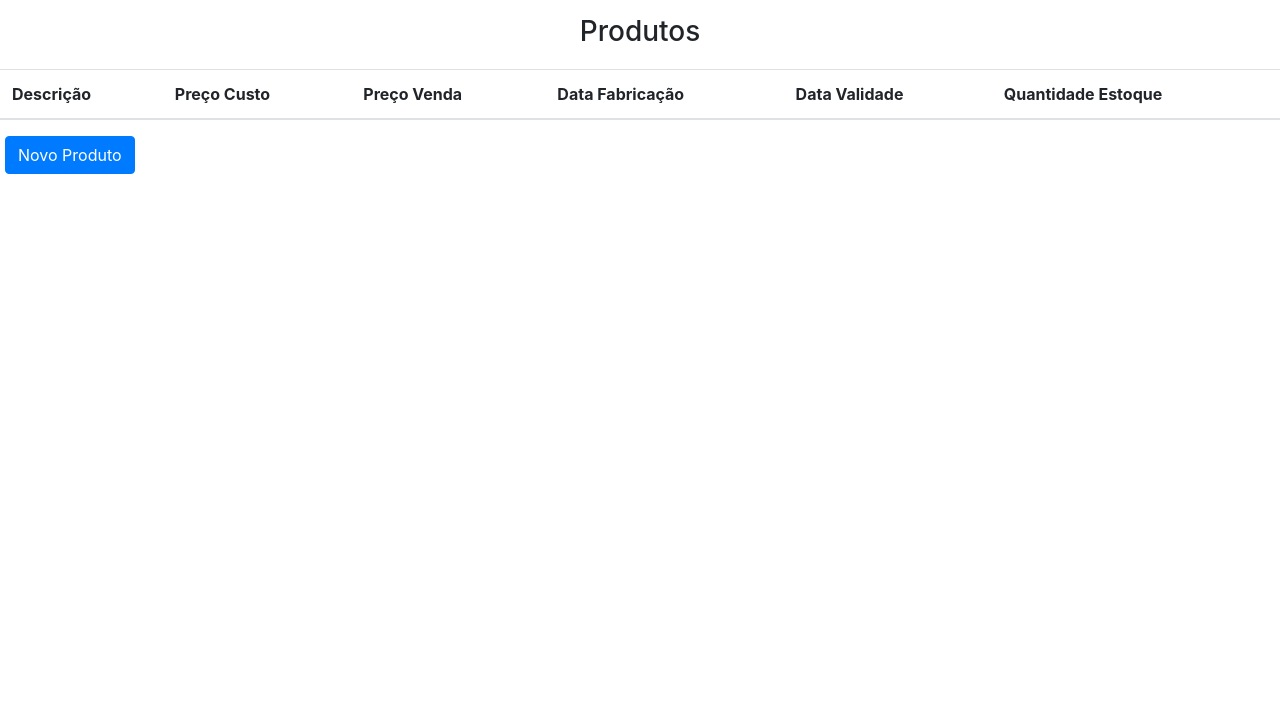
Repository: thuliobarbosa/CRUD_GoogleCloud
Page: http://localhost/Project_crud/
The author's editor kept a copy of each file at every save. The page is drawn from the files as they stood at one save, then again after the next save.
The browser window is 1280 px wide. The pictures show the whole page.
After loading, the first visible `#btnNovoProduto` was clicked once.
The page is served by Tomcat 9. Other server files are loaded and not shown.

Above is the page before, as saved 2020-11-27 13:24:17.
Console error: TypeError: Cannot set properties of null (setting 'innerHTML')

### Projeto_Crud/Project_crud/WebContent/index.html
<!DOCTYPE html>
<html lang="pt-BR">

<head>
    <meta charset="UTF-8">
    <meta name="viewport" content="width=device-width, initial-scale=1.0">
    <link rel="stylesheet" href="https://cdn.jsdelivr.net/npm/bootstrap@4.5.3/dist/css/bootstrap.min.css"
        integrity="sha384-TX8t27EcRE3e/ihU7zmQxVncDAy5uIKz4rEkgIXeMed4M0jlfIDPvg6uqKI2xXr2" crossorigin="anonymous">
    <title>Projeto CRUD</title>
    <style>
        .box-title {
            text-align: center;
            margin-top: 15px;
            margin-bottom: 20px;
        }

        .btn-novo {
            margin-left: 5px;
        }
    </style>
</head>

<body>

    <div class="box">

        <div class="box-header">
            <h3 class="box-title">Produtos</h3>
        </div>

        <div>
            <table class="table table-striped">
                <thead>
                    <tr>
                        <th scope="col">Descrição</th>
                        <th scope="col">Preço Custo</th>
                        <th scope="col">Preço Venda</th>
                        <th scope="col">Data Fabricação</th>
                        <th scope="col">Data Validade</th>
                        <th scope="col">Quantidade Estoque</th>
                    </tr>
                </thead>
                <tbody id="tabela-produtos">

                </tbody>
            </table>
        </div>

        <button type="button" class="btn btn-primary btn-novo" id="btnNovoProduto">Novo Produto</button>

        <div class="modal" tabindex="-1" role="dialog" id="ModalFormProduto" style="display: none;">
            <div class="modal-dialog" role="document">
                <div class="modal-content">
                    <div class="modal-header">
                        <h3 class="box-title" id="cadastro-produto-titulo">Novo
                            Produto</h3>
                    </div>
                    <div class="modal-body">

                        <form role="form" id="form-cadastro-produto">
                            <div class="box-body">
                                <div class="form-group">
                                    <input type="hidden" class="form-control" id="idCad" name="idCad">
                                </div>
                                <div class="form-group">
                                    <label for="descricao">Descrição</label>
                                    <input type="text" class="form-control" id="descricao" placeholder="Descrição do Produto" name="descricao" required>
                                </div>
                                <div class="form-group">
                                    <label for="preco-custo">Preco de custo</label>
                                    <input type="number" class="form-control" id="preco-custo" placeholder="Preço de custo"
                                        name="preco-custo" onkeypress="$(this).mask('99.990')" required step=".01">
                                </div>
                                <div class="form-group">
                                    <label for="preco-venda">Preco de venda</label>
                                    <input type="number" class="form-control" id="preco-venda" placeholder="Preço de venda"
                                        name="preco-venda" onkeypress="$(this).mask('99.990')" required step=".01">
                                </div>
                                <div class="form-group">
                                    <label for="data_fabricacao">Data Fabricação</label>
                                    <input type="date" class="form-control" id="data_fabricacao" name="data_fabricacao" required>
                                </div>
                                <div class="form-group">
                                    <label for="data_validade">Data Validade</label>
                                    <input type="date" class="form-control" id="data_validade" name="data_validade" required>
                                </div>
                                <div class="form-group">
                                    <label for="qtd-estoque">Estoque</label> <input type="number" class="form-control"
                                        id="qtd-estoque" placeholder="Quantidade de estoque" name="qtd-estoque"
                                        onkeypress="$(this).mask('99.990')" required>
                                </div>
                            </div>

                            <div class="box-footer">
                                <button type="submit" class="btn btn-success" id="btnCadastraProduto">Salvar</button>
                                <button type="button" class="btn btn-primary btn-cancel"
                                    id="btnCancelarProduto">Cancelar</button>
                            </div>
                        </form>
                    </div>
                </div>
            </div>
        </div>

    </div>

    <!-- Arquvios JavaScript -->
    <script src="https://code.jquery.com/jquery-3.5.1.slim.min.js"
        integrity="sha384-DfXdz2htPH0lsSSs5nCTpuj/zy4C+OGpamoFVy38MVBnE+IbbVYUew+OrCXaRkfj"
        crossorigin="anonymous"></script>
    <script src="https://cdn.jsdelivr.net/npm/bootstrap@4.5.3/dist/js/bootstrap.bundle.min.js"
        integrity="sha384-ho+j7jyWK8fNQe+A12Hb8AhRq26LrZ/JpcUGGOn+Y7RsweNrtN/tE3MoK7ZeZDyx"
        crossorigin="anonymous"></script>
   <script src="js/CadastroProduto.js"></script>
   <script src="index.js"></script>
</body>

</html>

### Projeto_Crud/Project_crud/WebContent/js/CadastroProduto.js
class CadastroProduto {

	constructor(formularioCadastro, tabelaDeProdutos) {

		this.formularioCad = document.getElementById(formularioCadastro);
        this.tabelaProdutos = document.getElementById(tabelaDeProdutos);
		this.formCadProduto();

	}

	// Realiza o cadastro de um produto ao bd
	formCadProduto() {

		let btnCadProduto = document.querySelector("#btnCadastraProduto");

		this.formularioCad.addEventListener('submit', (event) => {
			event.preventDefault();
		});

		btnCadProduto.addEventListener('click', () => {

			var servico = "";
			let id = this.formularioCad.querySelector("#identCad");

			if (id.value==0) {
				servico = "InserirProduto";
			} else {
				servico = "AlterarProduto";
			}


			requestAjax(servico, this.formularioCad).then(

				(retorno) => {

		        	$.notify({ message: retorno  },{ type: 'info', placement: { from: 'top', align: 'center' } });
					this.listaProdutos();
					//this.mostraFormularioCad();
					let modal = document.querySelector("#ModalFormProduto");
					modal.style.display = "none";
	        	},

				(error) => {
					console.log(error);
				}
			);
		});

		this.formularioCad.querySelector("#btnCancelarProduto").addEventListener('click', () => {
			let modal = document.querySelector("#ModalFormProduto");
			modal.style.display = "none";
		});


		document.querySelector("#btnNovoProduto").addEventListener('click', () => {
			this.mostraFormularioCad();
		});

	}

	// Lista produtos já cadastrado na tabela de produto
	listaProdutos() {

		this.tabelaProdutos.innerHTML = "";

		requestAjax("ListarProduto", this.formularioCad).then(

			(retorno) => {

				var table = $('#table-produtos').DataTable();
				table.clear().draw();
				table.destroy();


				retorno.forEach((campo) => {

					let tr = document.createElement('tr');

					tr.innerHTML += `
						<td>${campo.codigo}</td>
						<td>${campo.descricao}</td>
						<td>${"R$ " + campo.preco_custo}</td>
						<td>${"R$ " + campo.preco_venda}</td>
			            <td>${campo.categoria}</td>
			            <td>${campo.cod_fornecedor}</td>
						<td>${campo.quantidade}</td>
			            <td>
			            <button type="button" class="btn btn-primary btn-edit btn-xs btn-flat" onclick="editaCadastro(${campo.id})">Editar</button>
			            <button type="button" class="btn btn-danger btn-xs btn-flat" onclick="excluiCadastro(${campo.id})">Excluir</button>
			            </td>

		        	`;

					tr.id = campo.id;

					this.tabelaProdutos.appendChild(tr);

				});

				var table = $('#table-produtos').DataTable( {
				    paging: false,
				    ordering: true,
				    destroy: true,
				    retrieve: true,
				    language: {
				     search: "Buscar ",
				     info: ""
				    }
				} );



		   	},

			(error) => {
				console.log(error)
			}

		);

	};

	mostraFormularioCad() {
		this.formularioCad.reset();
        document.querySelector("#box-cadastro-produto-titulo").innerHTML = "Cadastrar Produto";

		let id = this.formularioCad.querySelector("#idCad");
		id.value = 0;

		let modal = document.querySelector("#ModalFormProduto");
		modal.style.display = "block";
    }

    mostraFormularioEdit() {
        document.querySelector("#box-cadastro-produto-titulo").innerHTML = "Alterar Produto";
        let modal = document.querySelector("#ModalFormProduto");
		modal.style.display = "block";
    }

}

// Adiciona os dados no formulario de edição e altera os valores
function editaCadastro(idProduto) {

	cadastroProduto.mostraFormularioEdit();

	let formCadastro = document.querySelector("#form-cadastro-produto");
	let id = formCadastro.querySelector("#identCad");
	id.value = idProduto;

	requestAjax("ConsultarProduto", formCadastro).then(

		(retorno) => {

			formCadastro.querySelector("#codigo").value = retorno.codigo
			formCadastro.querySelector("#descricao").value = retorno.descricao
			formCadastro.querySelector("#preco-custo").value = retorno.preco_custo
			formCadastro.querySelector("#preco-venda").value = retorno.preco_venda
			formCadastro.querySelector("#categoria").value = retorno.categoria
			formCadastro.querySelector("#fornecedor").value = retorno.cod_fornecedor
			formCadastro.querySelector("#qtd-estoque").value = retorno.quantidade

	   	},

		(error) => {
			console.log(error);
		}

	);

}

function excluiCadastro(idProduto) {

	var formCadastro = document.querySelector("#form-cadastro-produto");

	let id = formCadastro.querySelector("#identCad");

	id.value = idProduto;

	let modal = document.querySelector("#modalConfirm");
	modal.style.display = "block";
	modal.querySelector("#pModal").innerHTML = "Deseja excluir o produto?";
	modal.querySelector("#modalBotoes").innerHTML = '<button type="button" class="btn btn-primary" id="btnModalSim">Sim</button>'
						+ '<button type="button" class="btn btn-secondary" data-dismiss="modal"'
						+ 'id="btnModalNao">Não</button>';

	let opSim = modal.querySelector("#btnModalSim");
	opSim.addEventListener('click', () => {

		requestAjax("ExcluiProduto", formCadastro).then(

			(retorno) => {
				cadastroProduto.listaProdutos();
			},

			(error) => {
				console.log(error);
			}

		);

		modal.style.display = "none";
	});

	let opNao = modal.querySelector("#btnModalNao");
	opNao.addEventListener('click', () => {
		modal.style.display = "none"
	});
}

### Projeto_Crud/Project_crud/WebContent/index.js
let cadastroProduto = new CadastroProduto("form-cadastro-produto","tabela-produtos");

After the next save:
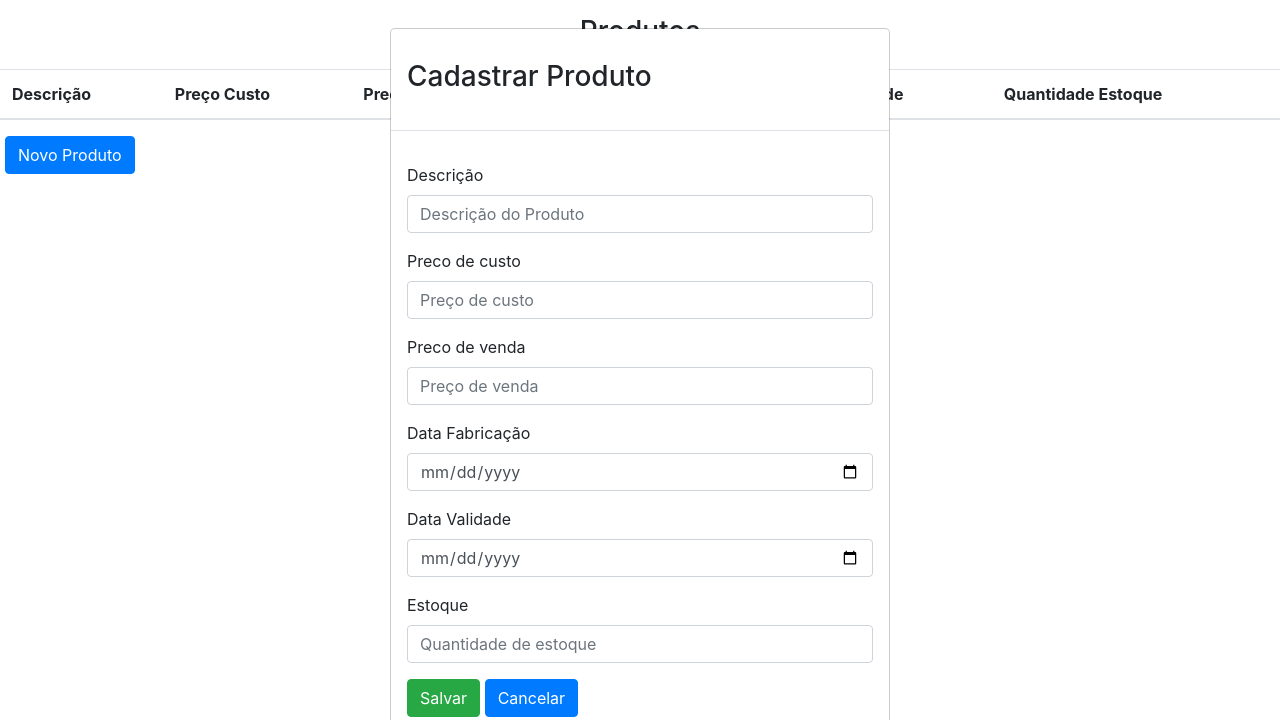
The error is gone.
Saved 31 s later.
--- a/Projeto_Crud/Project_crud/WebContent/js/CadastroProduto.js
+++ b/Projeto_Crud/Project_crud/WebContent/js/CadastroProduto.js
@@ -122,7 +122,7 @@ class CadastroProduto {
 
 	mostraFormularioCad() {
 		this.formularioCad.reset();
-        document.querySelector("#box-cadastro-produto-titulo").innerHTML = "Cadastrar Produto";
+        document.querySelector("#cadastro-produto-titulo").innerHTML = "Cadastrar Produto";
 
 		let id = this.formularioCad.querySelector("#idCad");
 		id.value = 0;
